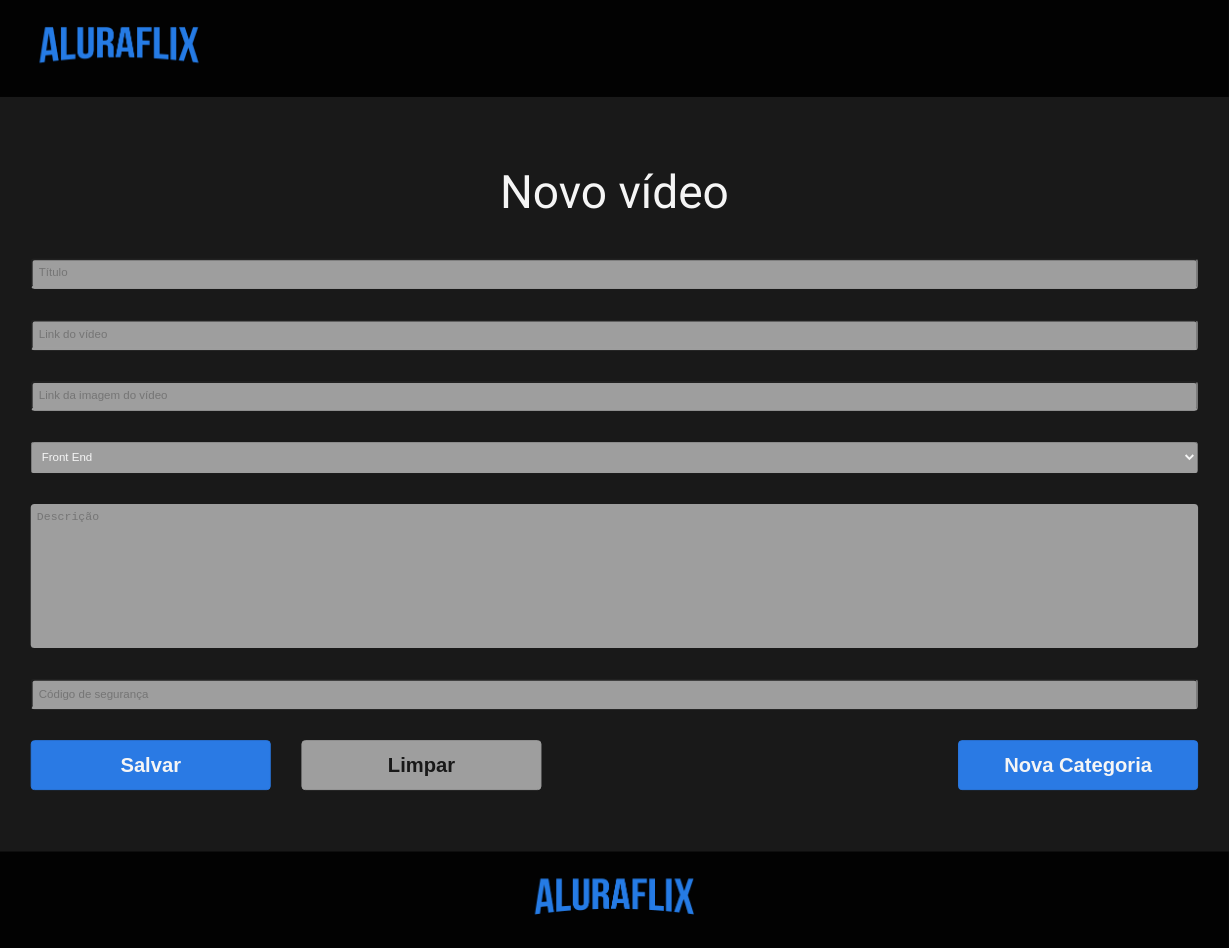
Repository: CarlosEduardoVdeOliveira/aluraflix
Page: /register-video
An editor plug-in stored every save of this project. The page is shown before and after the next save, followed by the edit.
The browser window is 1280 px wide. The pictures show the whole page, at 96% of full size.
The project was rebuilt for these pictures with package versions that can differ from the ones it lists, and the page was loaded fresh each time. Also part of the build but not shown: vite.config.js, src/components/Banner/Banner.module.css, src/components/Card/Card.module.css, src/components/Card/index.jsx, src/components/Category/Category.module.css, src/components/Category/index.jsx, src/components/Container/Container.module.css, src/components/Container/index.jsx and 8 more.

Above is the page before, as saved 2023-10-04 10:58:18.

After the next save:
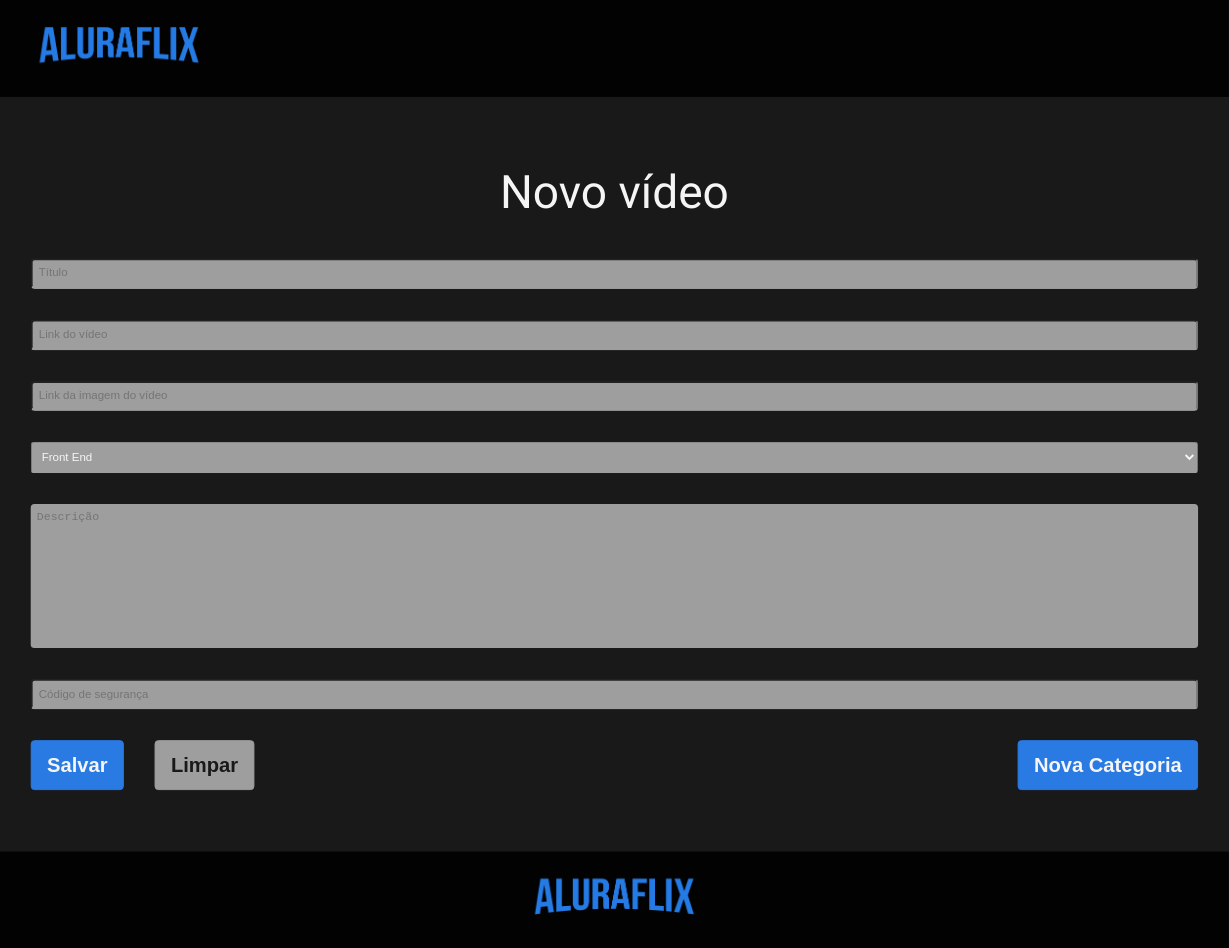
Saved 55 s later.
--- a/src/components/Button/Button.module.css
+++ b/src/components/Button/Button.module.css
@@ -10,7 +10,7 @@
   line-height: 24px;
   transition: all .5s ease-in-out;
   width: fit-content;
-  min-width: 15.625rem
+  /* min-width: 15.625rem */
 }
 
 .button:hover{
